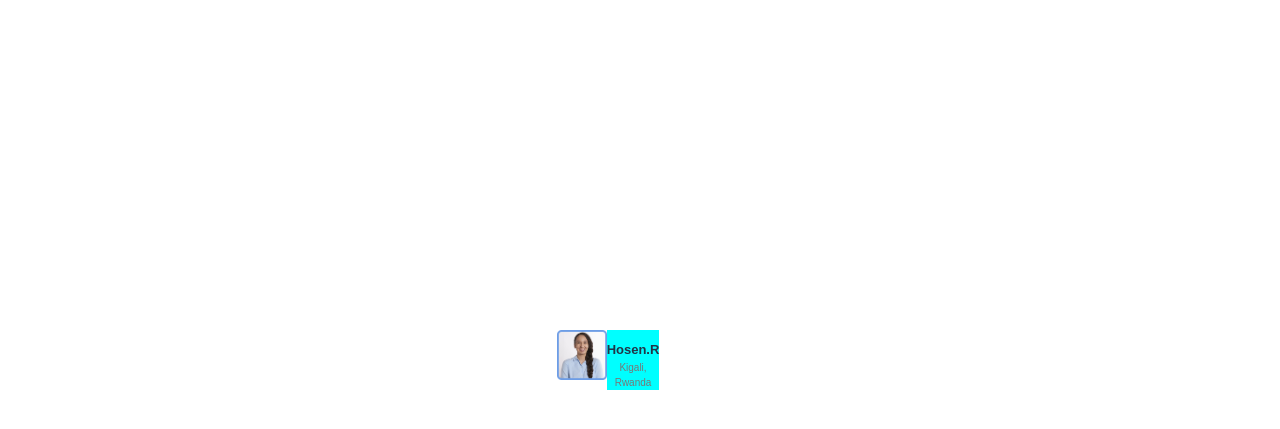
Repository: Auda-frontend/Kenshikeza
Page: /
These files come from the project's save history. The page is drawn as it stood at one moment and after a run of saves; the edit follows.
The browser window is 1280 px wide. The pictures show the whole page.
The project was rebuilt for these pictures with package versions that can differ from the ones it lists, and the page was loaded fresh each time. Also part of the build but not shown: vite.config.js.

Above is the page before, as saved 2024-01-24 22:49:01.

### src/App.jsx
import './App.css'
import SideBar from './Components/SideBar'

function App() {
  return (
    <div>
      <SideBar />
    </div>
  )
}

export default App

### src/Components/SideBar.jsx
import React from "react";
import Profile from "../assets/Rectangle 79.png";
import './SideBar.css';

function SideBar() {
  return (
    <div className="container">
    <div className="leftSide">
      <img src={Profile} alt="Profile photo" className="profilePhoto" />
      <div className="desc">
      <h2 className="names">Hosen.R</h2>
      <p>Kigali, Rwanda</p>
      </div>
    </div>
    </div>
  );
}

export default SideBar;

### src/Components/SideBar.css
*{
    margin: 0;
    padding: 0;
    box-sizing: border-box;
    font-family: sans-serif;
}
.container{
    padding: 0;
}
.leftSide{
    display: flex;
    max-width: 25%;
    max-height: 100%;
}
.leftSide .profilePhoto{
    float: left;
    width: 50px;
    height: 50px;
    margin-left: -50px;
    m
}
.desc{
    display: table-column;
    align-items: center;
    padding-top: 10px;
    /* padding: 5px; */
    background-color: aqua;
}
.desc .names{
    font-size: small;
    /* margin: 5px; */
}
.desc p{
    font-size: x-small;
    color: rgb(121, 118, 118)
}

Loaded but not shown: index.html (common file); src/main.jsx (common file); src/index.css (common file); src/App.css (common file)

After the next 2 saves:
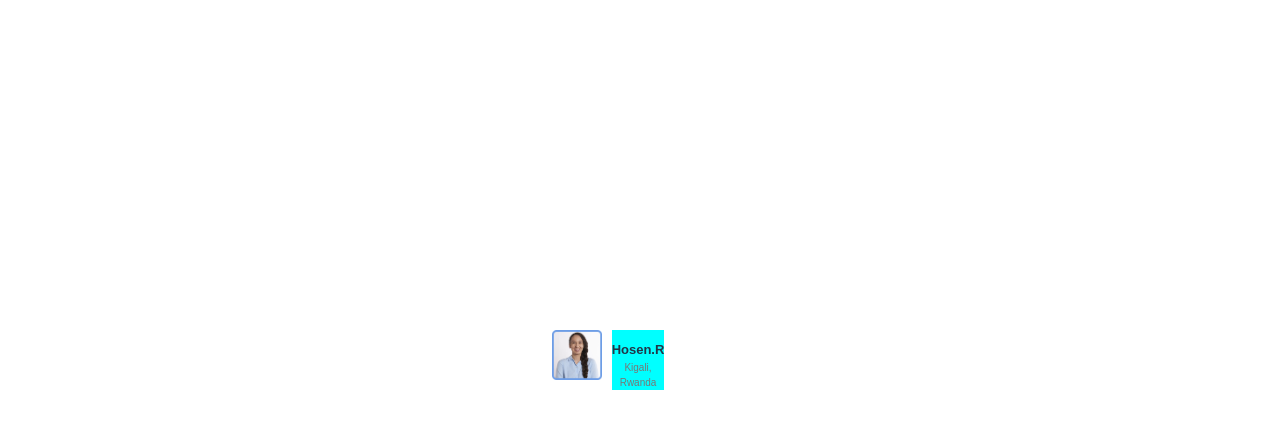
The 2 saves are shown as one change because they came seconds apart.
The last was saved 7 s later.
--- a/src/Components/SideBar.css
+++ b/src/Components/SideBar.css
@@ -17,7 +17,7 @@
     width: 50px;
     height: 50px;
     margin-left: -50px;
-    m
+    margin-right: 10px;
 }
 .desc{
     display: table-column;
